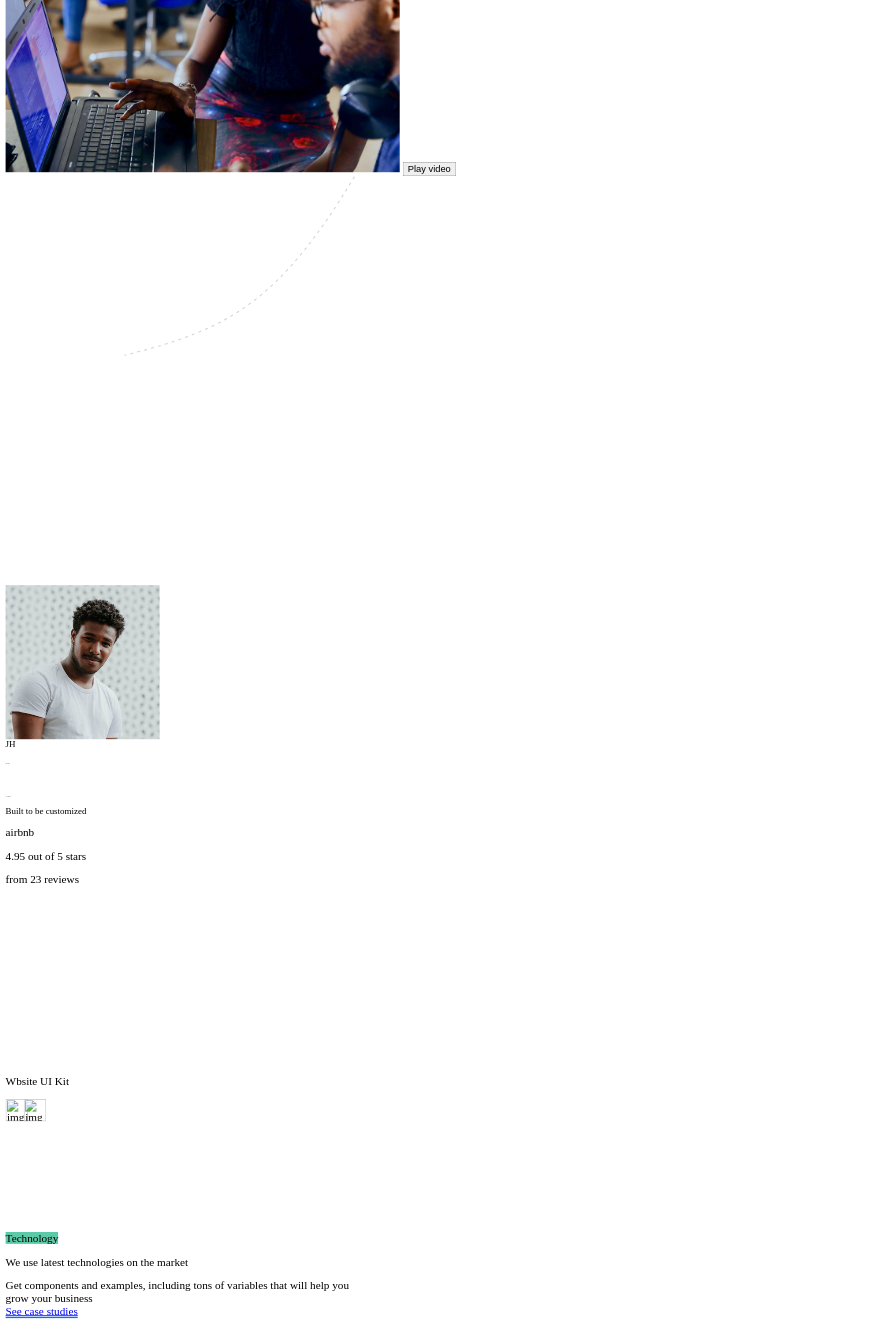
Repository: brandonc16/odoo-task
Page: components/hero.html
The author's editor kept a copy of each file at every save. The page is drawn from the files as they stood at one save, then again after the next save.
The browser window is 1280 px wide. The pictures show the part of the page from y = 2050 to 3970 px (the page is 3940 px tall before and 3970 px after), at 70% of full size.

Above is the page before, as saved 2026-03-16 03:27:44.

### components/hero.html
<!-- SECTION CARD  -->
<div class="bg-primary text-white hero-style pb-10">
  <div class="pt-5">
    <div class="row align-items-center px-lg-10">
      <div class="col-12 col-lg-6 mb-5 mb-lg-0">
        <p class="display-4 fw-bold mb-4">Development done right</p>
        <p
          class="mb-4 text-white-50"
          style="font-size: 1.1rem; max-width: 400px"
        >
          Build a beautiful, modern website with flexible components built from
          scratch.
        </p>
        <button
          class="btn btn-light text-primary rounded-2 d-inline-flex align-items-center gap-2 fw-bold px-4 py-2 mb-5"
        >
          Get started <span class="fs-5">+</span>
        </button>

        <div class="d-flex align-items-center gap-4 flex-wrap mt-3">
          <span class="small text-white-50">Trusted by:</span>
          <span class="fw-bold d-flex align-items-center gap-1"
            ><i class="bi bi-google"></i>Google</span
          >
          <span class="fw-bold d-flex align-items-center gap-1"
            ><i class="bi bi-spotify"></i>Spotify</span
          >
          <span class="fw-bold fs-5">airbnb</span>
          <span class="fw-bold d-flex align-items-center gap-1"
            ><i class="bi bi-paypal"></i>PayPal</span
          >
        </div>
      </div>
      <div class="col-12 col-lg-6">
        <div
          class="card bg-white border-0 shadow-lg p-4 text-dark"
          style="
            border-radius: 1.5rem 1.5rem 4.5rem 1.5rem;
            max-width: 420px;
            margin: 0 auto;
          "
        >
          <div class="d-flex justify-content-between align-items-center mb-4">
            <p class="fw-bold" style="font-size: 0.85rem">Manage cards</p>
            <button
              class="btn btn-outline-secondary btn-sm px-3 rounded-2"
              style="font-size: 0.85rem"
            >
              Add new
            </button>
          </div>
          <div
            class="bg-card-dark text-white p-4 mb-4 shadow-sm"
            style="border-radius: 1rem"
          >
            <div class="d-flex justify-content-between align-items-start mb-4">
              <div class="d-flex">
                <a class="navbar-brand fw-fold fs-3" href="#">
                  <img
                    src="/assets/mastercard.svg"
                    alt="Odoo logo"
                    height="35"
                    class="d-inline-block align-text-top"
                  />
                </a>
              </div>
              <p
                class="badge bg-success text-success text-white border border-success border-opacity-25 px-2 py-1"
              >
                Active
              </p>
            </div>
            <p
              class="text-white-50 mb-1"
              style="font-size: 0.6rem; letter-spacing: 1px"
            >
              CARD NUMBER
            </p>
            <p class="mb-4" style="letter-spacing: 2px">
              4358 - 7421 - 9256 -6682
            </p>

            <div class="d-flex justify-content-between">
              <div>
                <p
                  class="text-white-50 mb-0"
                  style="font-family: 0.6rem; letter-spacing: 1px"
                >
                  NAME
                </p>
                <p class="mb-0 fw-bold small">John Snow</p>
              </div>
              <div>
                <p
                  class="text-white-50 mb-0"
                  style="font-family: 0.6rem; letter-spacing: 1px"
                >
                  EXPIRY DATE
                </p>
                <p class="mb-0 fw-bold small">11/23</p>
              </div>
            </div>
          </div>

          <div class="justify-content-between align-items-center mb-2">
            <div class="d-flex justify-content-between">
              <p class="mb-0 fw-bold">Starbucks</p>

              <span class="text-muted">$5,50 USD</span>
            </div>
            <p class="mb-0 text-muted" style="font-size: 0.85rem">
              Pending - San Francisco, United States
            </p>
            <hr
              class="text-secondary justify-content-between align-items-center mb-4"
            />

            <div class="d-flex justify-content-between">
              <p class="mb-0 fw-bold">Nike Sports</p>

              <span class="text-muted">$129,00 USD </span>
            </div>
            <p class="mb-0 text-muted" style="font-size: 0.85rem">
              Pending - Lisbon, Portugal
            </p>
            <hr
              class="text-secondary justify-content-between align-items-center mb-4"
            />

            <a href="#" class="text-decoration-underline text-primary"
              >View all</a
            >
          </div>
        </div>
      </div>
    </div>
  </div>
</div>
<!-- SECTION TOOLS -->

<div class="py-5 my-5">
  <div class="px-lg-10">
    <div class="row align-items-center">
      <div class="col-12 col-lg-6 mb-5 mb-lg-0">
        <div
          class="card border border-light border-1 shadow-sm p-4 p-lg-5 rounded-3 position-relative mt-n4 mt-lg-n5"
        >
          <div style="width: 90%">
            <p class="fw-bold mb-4 display-6">Awesome Projects</p>
            <div class="mb-4 p-3">
              <p class="fw-bold mb-2" style="font-size: 0.95">
                Create the new logo
              </p>
              <div class="progress rounded-pill" style="height: 6px">
                <div class="progress-bar- bg-warning" style="width: 45%"></div>
              </div>
            </div>
            <div class="mb-4 p-3">
              <p class="fw-bold mb-2" style="font-size: 0.95">
                Set up the color palette
              </p>
              <div class="progress rounded-pill" style="height: 6px">
                <div class="progress-bar- bg-warning" style="width: 60%"></div>
              </div>
            </div>

            <div class="mb-2 p-3">
              <div
                class="d-flex justify-content-between align-items-center mb-2"
              >
                <span class="fw-bold" style="font-size: 0.95rem">
                  Wireframe and prototype</span
                >
                <span style="font-size: 0.86rem"
                  >6:50 <i class="bi bi-chevron-right small"></i
                ></span>
              </div>

              <div class="progress rounded-pill" style="height: 6px">
                <div class="progress-bar- bg-warning" style="width: 80%"></div>
              </div>
            </div>
          </div>
        </div>
      </div>

      <div
        class="col-12 col-lg-5 offset-lg-1 text-center text-lg-start mt-5 mt-lg-0"
      >
        <span
          class="badge bg-warning text-white px-3 py-2 rounded-pill mb-4 fs-6"
        >
          Tools
        </span>
        <p class="display-6 fw-bold mb-4">
          We build for designers and developers
        </p>
        <p
          class="text-muted fs-5 mb-3"
          style="max-width: 500px; margin: 0 auto"
        >
          Get components and examples, including tons of variables that will
          help you grow your bussines.
        </p>

        <div
          class="mt-4 mt-lg-5"
          style="width: 100%; max-width: 400px; z-index: 2"
        >
          <div class="rounded-2 overflow-hidden shadow-sm position-relative">
            <img
              src="/assets/img_01.jpg"
              alt="Team working"
              height="55"
              class="img-fluid w-100"
              style="height: 200px; object-fit: cover"
            />
            <button
              class="btn btn-light position-absolute top-0 end-0 m-3 fw-bold shadow-sm d-flex align-items-center gap-2 rounded-3"
            >
              Play video <i class="bi bi-play-fill"></i>
            </button>
          </div>
        </div>
      </div>
    </div>
  </div>
</div>

<svg
  class="position-absolute"
  style="
    top: 167%;
    left: 25%;
    z-index: 0;
    pointer-events: none;
    width: 50%;
    height: 83%;
  "
  viewBox="0 0 500 800"
  fill="none"
  xmlns="http://www.w3.org/2000/svg"
>
  <path
    d="M0,0 C150,250 250,300 450,350"
    stroke="#ced4da"
    stroke-width="2"
    stroke-dasharray="6 8"
    fill="none"
  />

  <!--   <path
    d="M400,600 C300,750 250,850 100,1000"
    stroke="#ced4da"
    stroke-width="2"
    stroke-dasharray="6 8"
    fill="none"
  /> -->
</svg>

<!-- SECTION FEATURES -->

<div class="py-5 my-5 position-relative overflow-hidden">
  <div class="row px-lg-10 align-items-center">
    <div class="col-12 col-lg-5 mb-5 mb-lg-0">
      <span
        class="badge text-white px-3 py-2 rounded-pill mb-4 fs-6"
        style="background-color: #5ccaa7"
      >
        Features
      </span>

      <p class="fw-bold fs-4 mb-5">
        Get components and examples, including tons of variables that will help
        you grow your business.
      </p>

      <div class="d-flex flex-column gap-3">
        <div class="d-flex align-items-center gap-3">
          <i class="bi bi-check-circle-fill fs-5" style="color: #5ccaa7"></i>
          <p class="fw-medium mt-3" style="color: #5ccaa7">
            Perfect for modern startups
          </p>
        </div>
      </div>
      <div class="d-flex flex-column gap-3">
        <div class="d-flex align-items-center gap-3">
          <i class="bi bi-check-circle-fill fs-5" style="color: #5ccaa7"></i>
          <p class="fw-medium mt-3" style="color: #5ccaa7">
            Fully customizable and scalable
          </p>
        </div>
      </div>
    </div>

    <div class="col-12 col-lg-6 offset-lg-1">
      <div class="position-relative shadow-lg rounded-3 overflow-hidden;">
        <img
          src="/assets/img_02.jpg"
          alt="Team working"
          height="auto"
          class="img-fluid w-100"
          style="height: 450px; object-fit: cover"
        />
        <button
          class="btn btn-light position-absolute top-0 end-0 m-3 fw-bold shadow-sm d-flex align-items-center gap-2 rounded-3"
        >
          Play video <i class="bi bi-play-fill"></i>
        </button>
      </div>
    </div>
  </div>
</div>

<!-- Section technology -->

<svg
  class="position-absolute"
  style="
    top: 243%;
    left: 25%;
    z-index: 0;
    pointer-events: none;
    width: 50%;
    height: 83%;
    transform: scaleX(-1);
  "
  viewBox="0 0 500 800"
  fill="none"
  xmlns="http://www.w3.org/2000/svg"
>
  <path
    d="M0,0 C150,250 250,300 450,350"
    stroke="#ced4da"
    stroke-width="2"
    stroke-dasharray="6 8"
    fill="none"
  />
</svg>

<!-- section technology -->

<div class="py-5 my-5 position-relative overflow-hidden">
  <div class="px-lg-10 position-relative" style="z-index: 1">
    <div class="row align-items-center">
      <div class="col-12 col-lg-6 mb-5 mb-lg-0">
        <div class="row g-4 align-items-center">
          <div class="col-12 col-sm-6">
            <div class="card border-0 shadow-sm rounded-4 overflow-hidden">
              <img src="/assets/person_03.jpg" alt="JH" style="height: 220px; object-fit: cover" />

              <div
                class="card-body d-flex align-items-center justify-content-between p-4"
              >
                <div class="d-flex align-items-center gap-2">
                  <div
                    class="rounded-circle bg-warning text-white d-flex align-items-center justify-content-center fw-bold"
                    style="width: 35px; height: 35px; font-size: 0.8rem"
                  >
                    JH
                  </div>
                  <span class="fw-bold mb-0" style="font-size: 0.9">
                    Jimmy Hendrix</span
                  >
                </div>
                <i class="bi bi-heart" style="cursor: pointer"></i>
              </div>

            </div>

            <div class="card border-0 shadow-sm rounded4 p-3 d-lfex flex-row align-items-center gap-3 mt-5">
              <div class="rounded-circle bg-success bg-opacity-50 text-white d-flex align-items-center justify-content-center flex shrink-0"
              style="width: 45px; height:45px">
             <i class="bi bi-check-lg fs-5"></i>
             </div>
             <div>
               <p class="fw-bold mb-0" style="font-size: 0.95">
                 300 + components
               </p>
               <p class="text-muted mb-0" style="font-size: 0.8rem">
                 Built to be customized
               </p>
             </div>
             </div>

          </div>




            <div class="col-12 col-sm-6 mt-sm-5">
              <div
                class="card border border-light border-1 shadow-sm rounded-3 mb-4 p-4 text-center d-flex flex-column justify-content-center"
                style="min-height: 290px"
              >
                <div class="mb-3 fs-4 fw-bold">
                  <i class="bi bi-airbnb"></i>airbnb
                </div>
                <div
                  class="text-warining mb-2 fs-6 gap-1 d-flex justify-content-center"
                >
                  <i class="bi bi-star-fill"></i>
                  <i class="bi bi-star-fill"></i>
                  <i class="bi bi-star-fill"></i>
                  <i class="bi bi-star-fill"></i>
                  <i class="bi bi-star"></i>
                </div>
                <p class="fw-bold mb-1">4.95 out of 5 stars</p>
                <p class="text-muted mb-0">from 23 reviews</p>
              </div>

              <div
                class="card border border-light border-1 shadow-sm rounded-3 mb-4 p-4 text-center d-flex flex-column justify-content-center"
                style="min-height: 290px"
              >
                <div
                  class="rounded-circle bg-dark text-white mx-auto d-flex align-items-center justify-content-center mb-3"
                  style="width: 50px; height: 50"
                >
                  <i class="bi bi-infinity fs-4"></i>
                </div>
                <div
                  class="text-warining mb-2 fs-6 gap-1 d-flex justify-content-center"
                >
                  <p class="fw-bold mb-3">Wbsite UI Kit</p>
                </div>

                <div class="d-flex justify-content-center m-b">
                  <img
                    src=""
                    alt="img"
                    class="rounded-circle border border-2 border-white"
                    style="
                      width: 32px;
                      height: 32px;
                      margin-right: -10px;
                      z-index: 3;
                    "
                  />
                  <img
                    src=""
                    alt="img"
                    class="rounded-circle border border-2 border-white"
                    style="
                      width: 32px;
                      height: 32px;
                      margin-right: -10px;
                      z-index: 3;
                    "
                  />
                </div>
                <div
                  class="d-flex justify-ontent-center gap-4 text-muted small mt-auto pt-2"
                >
                  <i class="bi bi-paperclip" style="cursor: pointer"></i>
                  <i class="bi bi-eye" style="cursor: pointer"></i>
                  <i class="bi bi-heart" style="cursor: pointer"></i>
                </div>
              </div>
            </div>
          </div>
        </div>
        <div
          class="col-12 col-lg-5 offset-lg-1 mt-5 mt-lg-0 text-center text-lg-start"
        >
          <span
            class="badge bg-primary text-white px-3 py-2 rounded-pill mb-4 fs-6"
            style="background-color: #5ccaa7"
          >
            Technology
          </span>
          <p class="fs-4 mb-4">We use latest technologies on the market</p>

          <p
            class="text-muted fs-5 mb-4"
            style="max-width: 500px; margin: 0 auto 0 0"
          >
            Get components and examples, including tons of variables that will
            help you grow your business
          </p>
          <a
            href="#"
            class="text-primary text-decoration-none fw-medium pb-1"
            style="border-bottom: 2px solid #0d6efd"
            >See case studies</a
          >
        </div>


        </div>
      </div>
    </div>
  </div>
</div>

After the next save:
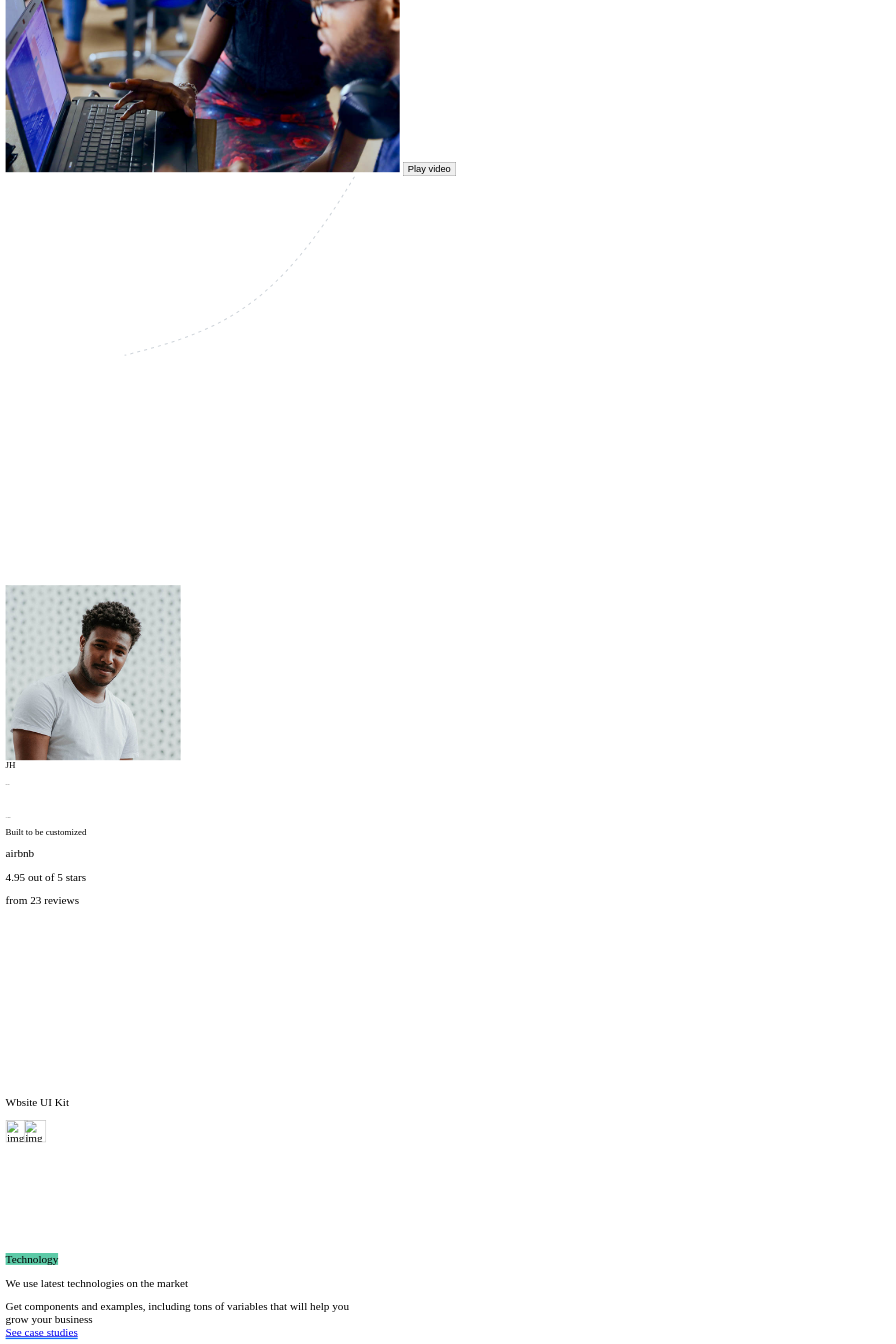
Saved 23 s later.
--- a/components/hero.html
+++ b/components/hero.html
@@ -347,7 +347,7 @@
         <div class="row g-4 align-items-center">
           <div class="col-12 col-sm-6">
             <div class="card border-0 shadow-sm rounded-4 overflow-hidden">
-              <img src="/assets/person_03.jpg" alt="JH" style="height: 220px; object-fit: cover" />
+              <img src="/assets/person_03.jpg" alt="JH" style="height: 250px; object-fit: cover" />
 
               <div
                 class="card-body d-flex align-items-center justify-content-between p-4"
